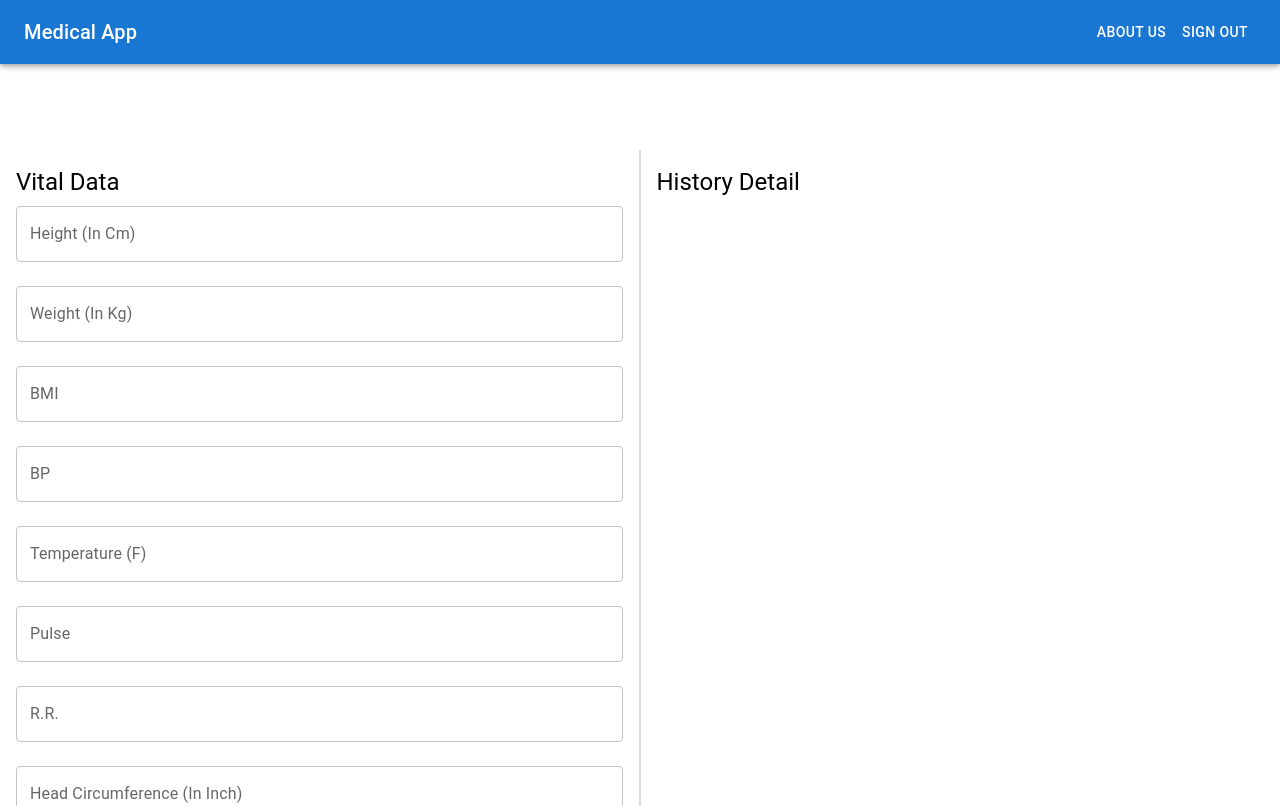
Repository: sshaiv/demo_project
Page: /
These files come from the project's save history. The page is drawn as it stood at one moment and after the next save; the edit follows.
The browser window is 1280 px wide. The pictures show the whole page.
An inner scrolling area shows only its first screen. The project was rebuilt for these pictures with package versions that can differ from the ones it lists, and the page was loaded fresh each time.

Above is the page before, as saved 2024-08-12 20:20:10.

After the next save:
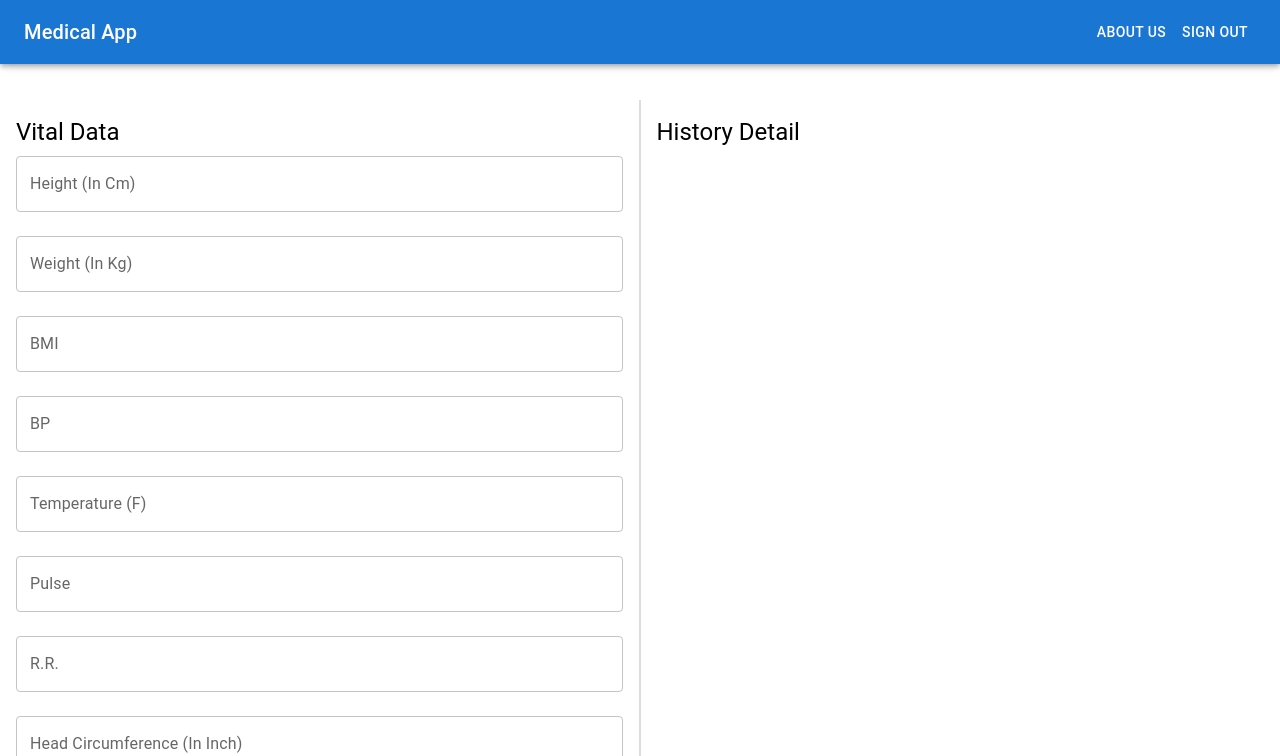
Saved 5 s later.
--- a/src/App.js
+++ b/src/App.js
@@ -13,7 +13,7 @@ const App = () => {
       <Box
         sx={{
           position:'relative',
-          top:'150px',
+          top:'100px',
           display: 'flex',
           height: 'calc(100vh - 64px)', // Adjust height if you have a header
         }}
